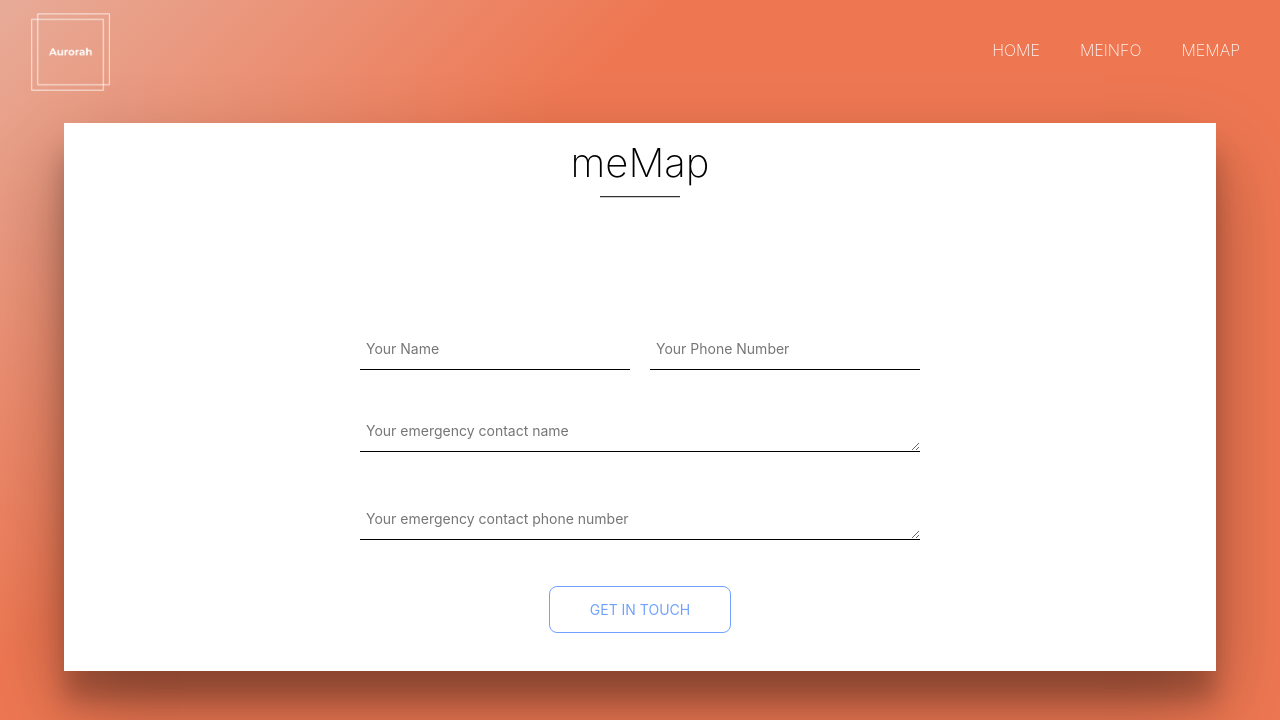
Repository: aasirvalji/saferMe
Page: /alt
The author's editor kept a copy of each file at every save. The page is drawn from the files as they stood at one save, then again after the next save.
The browser window is 1280 px wide. The pictures show the whole page.
An inner scrolling area shows only its first screen. The project was rebuilt for these pictures with package versions that can differ from the ones it lists, and the page was loaded fresh each time. Also part of the build but not shown: src/components/Landing.js, src/styles/Services.css, src/components/Services.js, src/styles/MapDisplay.css, src/mapStyles.js, src/components/MapDisplay.js, src/styles/AboutDisplay.css, src/components/AboutDisplay.js and 1 more.

Above is the page before, as saved 2020-02-15 12:10:28.

### public/index.html
<!DOCTYPE html>
<html lang="en">
  <head>
    <meta charset="utf-8" />
    <link rel="icon" href="%PUBLIC_URL%/favicon.ico" />
    <meta name="viewport" content="width=device-width, initial-scale=1" />
    <meta name="theme-color" content="#000000" />
    <meta
      name="description"
      content="Web site created using create-react-app"
    />
    <link rel="apple-touch-icon" href="%PUBLIC_URL%/logo192.png" />
    <!--
      manifest.json provides metadata used when your web app is installed on a
      user's mobile device or desktop. See https://developers.google.com/web/fundamentals/web-app-manifest/
    -->
    <link rel="manifest" href="%PUBLIC_URL%/manifest.json" />
    <!--
      Notice the use of %PUBLIC_URL% in the tags above.
      It will be replaced with the URL of the `public` folder during the build.
      Only files inside the `public` folder can be referenced from the HTML.

      Unlike "/favicon.ico" or "favicon.ico", "%PUBLIC_URL%/favicon.ico" will
      work correctly both with client-side routing and a non-root public URL.
      Learn how to configure a non-root public URL by running `npm run build`.
    -->

    <link
    rel="stylesheet"
    href="https://maxcdn.bootstrapcdn.com/bootstrap/4.3.1/css/bootstrap.min.css"
    integrity="sha384-ggOyR0iXCbMQv3Xipma34MD+dH/1fQ784/j6cY/iJTQUOhcWr7x9JvoRxT2MZw1T"
    crossorigin="anonymous"
  />

  <link rel="stylesheet" href="https://use.fontawesome.com/releases/v5.7.2/css/all.css" integrity="sha384-fnmOCqbTlWIlj8LyTjo7mOUStjsKC4pOpQbqyi7RrhN7udi9RwhKkMHpvLbHG9Sr" crossorigin="anonymous">

    <title>Aurorah</title>
  </head>
  <body>
    <noscript>You need to enable JavaScript to run this app.</noscript>
    <div id="root"></div>
    <!--
      This HTML file is a template.
      If you open it directly in the browser, you will see an empty page.

      You can add webfonts, meta tags, or analytics to this file.
      The build step will place the bundled scripts into the <body> tag.

      To begin the development, run `npm start` or `yarn start`.
      To create a production bundle, use `npm run build` or `yarn build`.
    -->
  </body>
</html>

### src/App.js
import React from 'react';
import './App.css';
import Navigate from './components/Navigate'
import Landing from './components/Landing'
import Services from './components/Services'
import MapDisplay from './components/MapDisplay'
import AltDisplay from './components/AltDisplay'
import AboutDisplay from './components/AboutDisplay'

import SampleDisplay from './components/SampleDisplay';


import {
  BrowserRouter as Router,
  Switch,
  Route,
} from "react-router-dom";

class App extends React.Component { //when working with any type of data, call it in App then pass to comp on interest

  constructor(props) {
    super(props);

  }

/* start api sample */
/*
  componentDidMount() {
    fetch("https://api.example.com/items")
      .then(res => res.json())
      .then(
        (result) => {
          this.setState({
            isLoaded: true,
            items: result.items
          });
        },
        // Note: it's important to handle errors here
        // instead of a catch() block so that we don't swallow
        // exceptions from actual bugs in components.
        (error) => {
          this.setState({
            isLoaded: true,
            error
          });
        }
      )
  }
  */
/* end api sample */
  render(){


  return (
    <Router>
    <div className="App">

    <Switch>

    <Route exact path="/">
    <div className='landing-div'>
    <Navigate></Navigate>
    <Landing></Landing>
    <img className='wave' src='https://www.ochrehealth.com.au/wp-content/uploads/2018/10/slider-wave.png' alt=''></img>  {/* wave pattern*/}
    </div>
    {/* services placement*/}
    {/* maps placement*/}
    </Route>

    <Route path="/about">
    <div className='about-background'>
    <Navigate></Navigate>

    <AboutDisplay></AboutDisplay>
    </div>
    </Route>

    <Route path="/map">
    <div className='map-background'>
    <Navigate></Navigate>

  <MapDisplay></MapDisplay>
    </div>
    </Route>

    <Route path="/graph">
    <div className='graph-background'>
    <Navigate></Navigate>


    </div>
    </Route>

    <Route path="/alt">
    <div className='alt-background'>
    <Navigate></Navigate>

    <AltDisplay></AltDisplay>
    </div>
    </Route>

    </Switch>

    </div>
    </Router>

  );
  }
}

export default App;

### src/App.css
.landing-div {
    height: 100vh;
	background: linear-gradient(-45deg, #ee7752, #e73c7e,#FF4136, #85144b);
	background-size: 400% 400%;
    animation: gradient 10s ease infinite;

}


@keyframes gradient {
	0% {
		background-position: 0% 50%;
	}
	50% {
		background-position: 100% 50%;
	}
	100% {
		background-position: 0% 50%;
	}
}

.landing-div .wave{
    margin-right: 20vh;
    height: 15vh;
    width: 100%;
    position: absolute;
    bottom: 0;
}

@media screen and (max-width:700px) {

    .landing-div {
        height: 110vh;
    }

    .landing-div .wave{
    display: none;
    }

}

.about-background{
    background: linear-gradient(-45deg, #23a6d5, #23a6d5,#23a6d5, #acceda);
    height: 100vh;
}

.map-background{
    background: linear-gradient(-45deg, #5444c4, #5444c4,#5444c4, #908ab9);
    height: 100vh;
}

.graph-background{
    background: linear-gradient(-45deg, #e73c7e, #e73c7e,#e73c7e, #e0a0b9);
    height: 100vh;
}

.alt-background{
    background: linear-gradient(-45deg, #ee7752, #ee7752,#ee7752, #e7ab98);
    height: 100vh;
}

### src/components/Navigate.js
import React from 'react';
import '../styles/Navigate.css';
import {}
from 'react-bootstrap';
import img from '../assets/Au.png'

import { Link } from "react-router-dom";


function Navigate() {
    return (
    <>
  <div class="header">
    <h2 class="logo"><img src={img}></img></h2>
    <input type="checkbox" id="chk"></input>
    <label for="chk" class="show-menu-btn">
      <i class="fas fa-ellipsis-h"></i>
    </label>

    <ul class="menu">
      <Link to="/"><a>Home</a></Link>
      {/*<Link to="/about"><a>About</a></Link>*/}
      <Link to="/alt"><a>meInfo</a></Link>
      <Link to="/map"><a>meMap</a></Link>
      {/*<Link to="/graph"><a>eGraph</a></Link>*/}

      <label for="chk" class="hide-menu-btn">
        <i class="fas fa-times"></i>
      </label>
    </ul>
  </div>
</>
);
}


export default Navigate;

### src/components/AltDisplay.js
import React from 'react';
import '../styles/AltDisplay.css'




class AltDisplay extends React.Component{

  constructor(props){
    super(props);

    this.state = {username: '',
    userNumber: '',
    emergencyName: '',
    emergencyNumber: '',
  };

    this.handleChange = this.handleChange.bind(this);
    this.handleSubmit = this.handleSubmit.bind(this);
}

handleChange(event) {
  this.setState({username: event.target.username, userNumber: event.target.userNumber});

}

handleSubmit(event) {

  alert('A name was submitted: ' + this.state.username);
  event.preventDefault();
}

render(){
    return(
        <>

<div className='alt-con'>

<div className='alt-header'>
<h1>meMap</h1>
</div>

<form class="contact-section" onSubmit={this.handleSubmit}>
      <div class="inner-width">
        <input type="text" class="name" placeholder="Your Name" username={this.state.username} onChange={this.handleChange} ></input>
        <input type="email" class="email" placeholder="Your Phone Number"></input>
        <textarea rows="1" placeholder="Your emergency contact name" class="message"></textarea>
        <textarea rows="1" placeholder="Your emergency contact phone number" class="message"></textarea>
        <button type='submit' value="Submit">Get in touch</button>
      </div>
    </form>

</div>

        </>
    )
}
}


export default AltDisplay;

### src/styles/Navigate.css
/* Start Navbar */

.header{
    height: 100px;
    background: transparent;
    padding: 0 20px;
    color: white;
    font-weight: 200;
  }
  .logo{
    line-height: 100px;
    float: left;
  }

  .header h2{
    font-weight: 200;
  }

  .header img{
    width: 12vh;
    height: 12vh;
    margin-left: 1vh;
  }

  .menu{
    float: right;
    line-height: 100px;
  }
  .menu a{
    color: white;
    text-transform: uppercase;
    text-decoration: none;
    padding: 0 10px;
    transition: 0.4s;
  }
  .show-menu-btn,.hide-menu-btn{
    transition: 0.4s;
    font-size: 30px;
    cursor: pointer;
    display: none;
  }
  .show-menu-btn{
    float: right;
  }
  .show-menu-btn i{
    line-height: 100px;
  }
  .menu a:hover,
  .show-menu-btn:hover,
  .hide-menu-btn:hover{
    transition: .5s;
    color: black;
  }

  #chk{
    position: absolute;
    visibility: hidden;
    z-index: -1111;
  }

  .content{
    padding: 0 20px;
  }
  .content img{
    width: 100%;
    max-width: 700px;
    margin: 20px 0;
  }
  .content p{
    text-align: justify;
  }

  @media screen and (max-width:800px) {
    .show-menu-btn,.hide-menu-btn{
      display: block;
    }
    .menu{
      position: fixed;
      width: 100%;
      height: 100vh;
      background: linear-gradient(-45deg, #ee7752, #e73c7e,#5444c4, #23a6d5);
      right: -100%;
      top: 0;
      text-align: center;
      padding: 80px 0;
      line-height: normal;
      transition: 0.7s;
      z-index: 1000;
    }
    .menu a{
      display: block;
      padding: 20px;
    }

    .menu a:hover{
      cursor: pointer;
    }

    .hide-menu-btn{
      position: absolute;
      top: 40px;
      right: 40px;
    }
    #chk:checked ~ .menu{
      right: 0;
    }
  }

  /* End Navbar */

### src/styles/Landing.css


  * {
    box-sizing: border-box;
    margin: 0;
    padding: 0;
  }


  h1 {
    line-height: 1.3;

  }

  img {
    width: 90%;
  }

  .container {
    max-width: 1200px;
    margin: auto;
    padding: 0 2rem;
    margin-top: 13vh;
  }

  .container h1, p{
    margin-top: 10vh;
    color: white;
  }

  .main-header{
    -webkit-animation: fadein 4s; /* Safari, Chrome and Opera > 12.1 */
    -moz-animation: fadein 4s; /* Firefox < 16 */
     -ms-animation: fadein 4s; /* Internet Explorer */
      -o-animation: fadein 4s; /* Opera < 12.1 */
         animation: fadein 4s;
  }

  .main-subheader{
    -webkit-animation: fadein 4s; /* Safari, Chrome and Opera > 12.1 */
    -moz-animation: fadein 4s; /* Firefox < 16 */
     -ms-animation: fadein 4s; /* Internet Explorer */
      -o-animation: fadein 4s; /* Opera < 12.1 */
         animation: fadein 4s;
  }

  .section-a {
    margin: 2rem 0;
  }

  .section-a .container {
    display: grid;
    grid-template-columns: 1fr 1fr;
    grid-gap: 3rem;
    align-items: center;
    justify-content: center;
  }

  .section-a h1 {
    font-size: 4rem;
    font-weight: 200;
  }

  .section-a p {
    font-size: 1.1rem;
    margin: 1rem 0 0 .775vh;
    font-weight: 200;
  }

  .floating{
    animation-name: floating;
    animation-duration: 3s;
    animation-iteration-count: infinite;
    animation-timing-function: ease-in-out;
    z-index: 100;
  }


  @keyframes floating {
    from { transform: translate(0,  0px); }
    50%  { transform: translate(0, 20px); }
    to   { transform: translate(0, -0px); }
}

  @media (max-width: 700px) {
    .section-a .container {
      grid-template-columns: 1fr;
      text-align: center;
    }

    .section-a .container div:first-child {
      order: 2;
    }

    .section-a .container div:nth-child(2) {
      order: -1;
    }

    .section-a img {
      width: 80%;
      margin: auto;
    }
  }

/* fade in animation*/

@keyframes fadein {
  from { opacity: 0; }
  to   { opacity: 1; }
}

/* Firefox < 16 */
@-moz-keyframes fadein {
  from { opacity: 0; }
  to   { opacity: 1; }
}

/* Safari, Chrome and Opera > 12.1 */
@-webkit-keyframes fadein {
  from { opacity: 0; }
  to   { opacity: 1; }
}

/* Internet Explorer */
@-ms-keyframes fadein {
  from { opacity: 0; }
  to   { opacity: 1; }
}

/* Opera < 12.1 */
@-o-keyframes fadein {
  from { opacity: 0; }
  to   { opacity: 1; }
}

### src/styles/AltDisplay.css
/* Try adding wave to Navbar */

.alt-con{
    transform: translateY(1vh);
    color: black;
    width: 90%;
    height: 76vh;
    margin: 15px auto;
    background: white;
    overflow: hidden;
    position: relative;
    top: 0;
    -webkit-box-shadow: 0 38px 76px rgba(0, 0, 0, 0.3), 0 30px 24px rgba(0, 0, 0, 0.22);
            box-shadow: 0 38px 76px rgba(0, 0, 0, 0.3), 0 30px 24px rgba(0, 0, 0, 0.22);
            overflow-y: auto;
}

.alt-con p{
    color: white;
}

.alt-header h1{
    color: black;
    text-align: center;
    font-weight: 200;
    margin-top: 2vh;
    margin-bottom: 8vh;
}

.alt-header h1:after {

    content: '';
    transform: translateY(1vh);
    margin: auto;
    border-bottom: .1vh solid black;
    width: 11vh;
    display: block;

}

.alt-details p{
    font-weight: 300;
    margin: auto;
    color: black;
    text-align: center;
    width: 50%;
    margin-bottom: 3vh;
}

.alt-details img{
    display: block;
    margin: 0 auto;
    height: 40vh;
    width: 50vh;
}

/* sample */

.middle{
    position: relative;
    margin: auto;
  }

  .task-list{
    width: 400px;
    padding: 40px;
    background: linear-gradient(-45deg, #ee7752, #ee7752,#ee7752, #e7ab98);
    background-size: cover;
  }
  .task-list h2{
    color: #fff;
    font-weight: 220;
  }
  .task{
    display: flex;
    padding: 10px 0;
    align-items: center;
    cursor: pointer;
    font-weight: 220;
  }

  .task input{
    position: absolute;
    visibility: hidden;
  }

  .task i{
    display: inline-block;
    width: 48px;
    height: 48px;
    border-radius: 50%;
    border: 1px solid white;
    text-align: center;
    line-height: 48px;
    font-size: 20px;
    margin-right: 14px;
    color: transparent;
  }

  .text{
    font-size: 18px;
    color: #fff;
  }

  .task input:checked ~ i{
    color: white;
  }

  .task input:checked ~ .text{
    text-decoration: line-through;
    color: white;
  }












  .contact-section{
    background: transparent;
    padding: 80px 0;
    text-align: center;
  }

  .inner-width{
    max-width: 600px;
    margin: auto;
    padding: 0 20px;
  }

  .contact-section h1{
    font-size: 20px;
    color: #000000;
    margin-bottom: 40px;
    text-transform: uppercase;
    letter-spacing: 4px;
    font-weight: 400;
  }

  .name,.email,.message{
    background: none;
    border:none;
    outline: none;
    border-bottom: 1px solid;
    color: #000000;
    padding: 10px 6px;
    font-size: 14px;
    margin-bottom: 40px;
  }

  .name{
    float: left;
    width: 270px;
  }

  .email{
    float: right;
    width: 270px;
  }

  .message{
    min-width: 100%;
    max-width: 100%;
  }


  .contact-section button{
    background: none;
    color: #70a1ff;
    border: 1px solid #70a1ff;
    padding: 12px 40px;
    border-radius: 8px;
    text-transform: uppercase;
    font-size: 14px;
    transition: 0.4s linear;
    cursor: pointer;
  }

  .contact-section button:hover{
    background: #70a1ff;
    color: #fff;
  }


  @media screen and (max-width:600px){
    .name,.email{
      width: 100%;
    }
  }

Loaded but not shown: src/index.js (common file); src/index.css (common file); src/serviceWorker.js (common file)

After the next save:
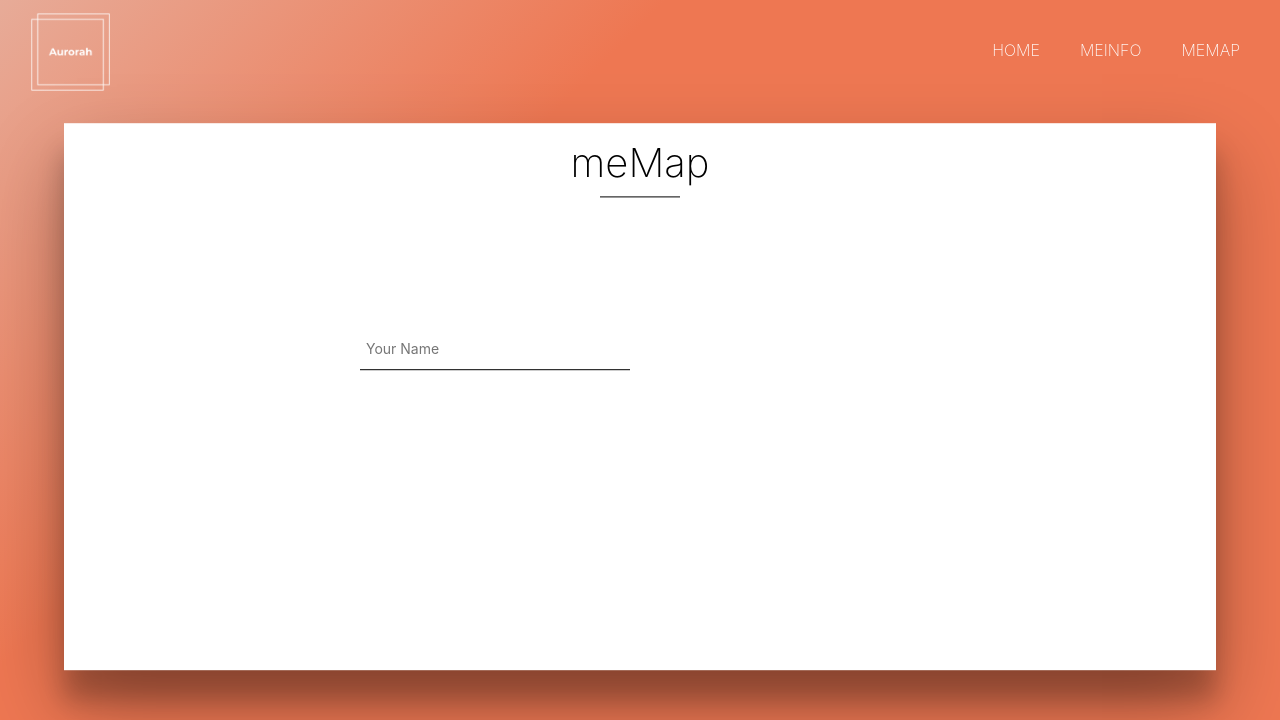
Saved 67 s later.
--- a/src/components/AltDisplay.js
+++ b/src/components/AltDisplay.js
@@ -42,11 +42,11 @@ render(){
 
 <form class="contact-section" onSubmit={this.handleSubmit}>
       <div class="inner-width">
-        <input type="text" class="name" placeholder="Your Name" username={this.state.username} onChange={this.handleChange} ></input>
-        <input type="email" class="email" placeholder="Your Phone Number"></input>
+        <input type="text" class="name" placeholder="Your Name" value={this.state.value} onChange={this.handleChange} ></input>
+       {/* } <input type="email" class="email" placeholder="Your Phone Number"></input>
         <textarea rows="1" placeholder="Your emergency contact name" class="message"></textarea>
         <textarea rows="1" placeholder="Your emergency contact phone number" class="message"></textarea>
-        <button type='submit' value="Submit">Get in touch</button>
+        <button type='submit' value="Submit">Get in touch</button> */}
       </div>
     </form>
 
